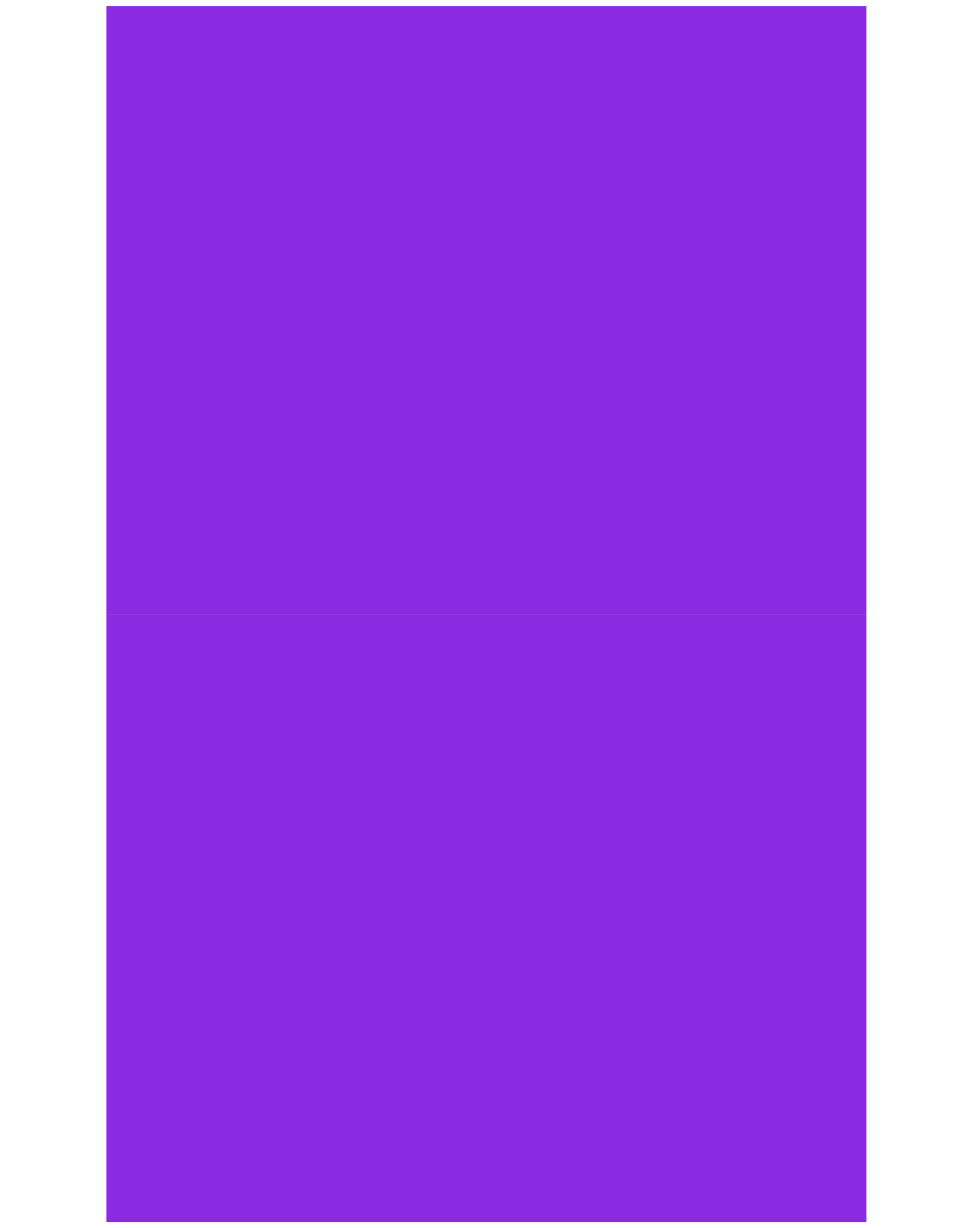
Repository: rrqrw/-
Page: http://localhost/noll_project/mid/mid2.jsp
An editor plug-in stored every save of this project. The page is shown before and after the next save, followed by the edit.
The browser window is 1280 px wide. The pictures show the whole page, at 76% of full size.
The page is served by Tomcat 9. Other server files are loaded and not shown.

Above is the page before, as saved 2023-12-06 07:24:05.

### noll_project/src/main/webapp/mid/mid2.jsp
<%@ page language="java" contentType="text/html; charset=UTF-8"
    pageEncoding="UTF-8"%>
<!DOCTYPE html>
<html>
<head>
<meta charset="UTF-8">
<title>Insert title here</title>
<link rel="stylesheet" href="../resources/css/style2.css">
<style>

</style>
</head>
<body>
 <div>
 	<div class="post">
 		<div class="card"></div>
 		<div class="card"></div>
 		<div class="card"></div>
 		<div class="card"></div>
 	</div>
 	<div class="post">
 		<div class="card"></div>
 		<div class="card"></div>
 		<div class="card"></div>
 		<div class="card"></div>
 	</div>
 </div>

</body>
</html>

### noll_project/src/main/webapp/resources/css/style2.css
@charset "UTF-8";

.post{
	margin: 0 auto;
	width: 1000px;
	height: 800px;
	background-color: blueviolet;
}

After the next save:
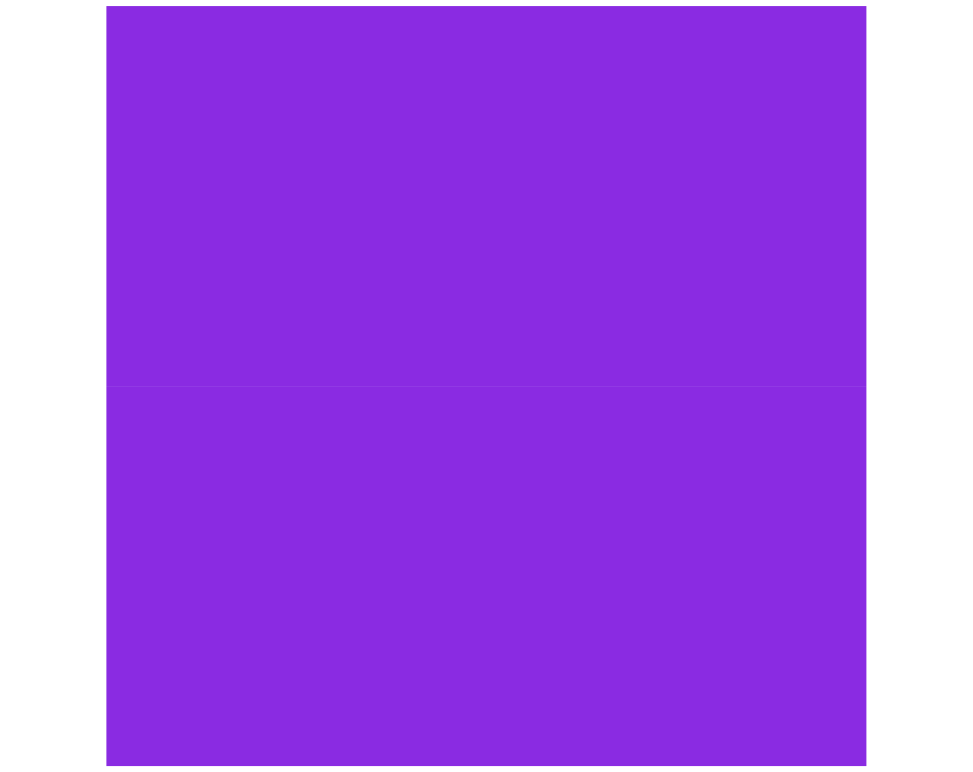
Saved 15 s later.
--- a/noll_project/src/main/webapp/resources/css/style2.css
+++ b/noll_project/src/main/webapp/resources/css/style2.css
@@ -3,6 +3,6 @@
 .post{
 	margin: 0 auto;
 	width: 1000px;
-	height: 800px;
+	height: 500px;
 	background-color: blueviolet;
 }
